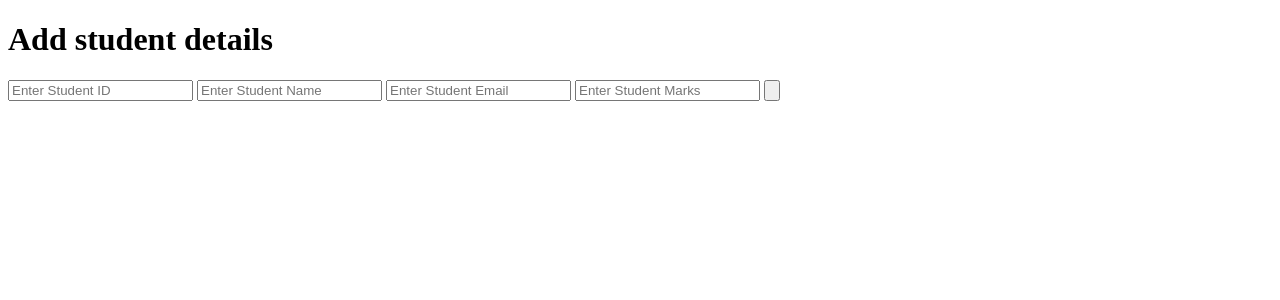
Repository: RathanGP/Spring
Page: http://localhost/SpringMvc_Student/AddStudent.jsp
These files come from the project's save history. The page is drawn as it stood at one moment and after the next save; the edit follows.
The browser window is 1280 px wide. The pictures show the whole page.
The page is served by Tomcat 9. Nobody is signed in. The application's start-up code is not run.

Above is the page before, as saved 2024-08-14 18:46:59.

After the next save:
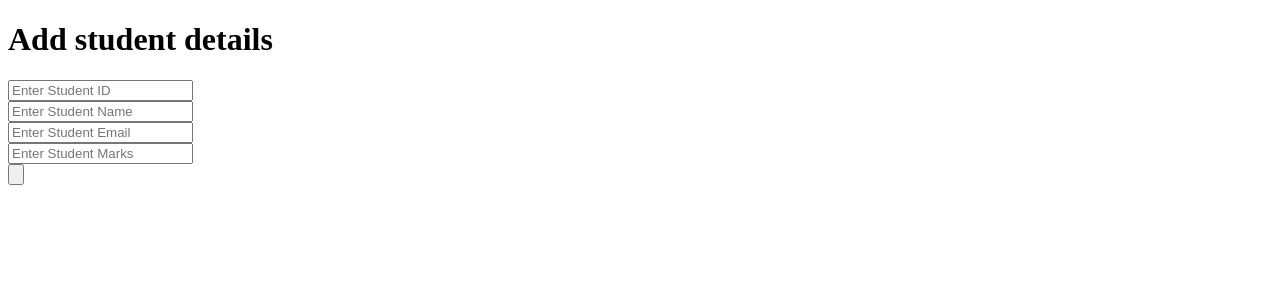
Saved 3 min 54 s later.
--- a/SpringMvc_Student/src/main/webapp/AddStudent.jsp
+++ b/SpringMvc_Student/src/main/webapp/AddStudent.jsp
@@ -7,14 +7,14 @@
 <title>Insert title here</title>
 </head>
 <body>
-<h1>Add student details</h1>
-<form action="add-student" method="post">
-<input type="number" placeholder="Enter Student ID" name="studentId" >
-<input type="text" placeholder="Enter Student Name" name="studentName" >
-<input type="text" placeholder="Enter Student Email" name="studentEmail" >
-<input type="number" placeholder="Enter Student Marks" name="studentMarks" >
-<input type="submit" value="">
+	<h1>Add student details</h1>
+	<form action="add-student" method="post">
+		<input type="number" placeholder="Enter Student ID" name="studentId"><br>
+		<input type="text" placeholder="Enter Student Name" name="studentName"><br>
+		<input type="text" placeholder="Enter Student Email" name="studentEmail"><br>
+		<input type="number" placeholder="Enter Student Marks" name="studentMarks"><br>
+		<input type="submit" value="">
 
-</form>
+	</form>
 </body>
 </html>
